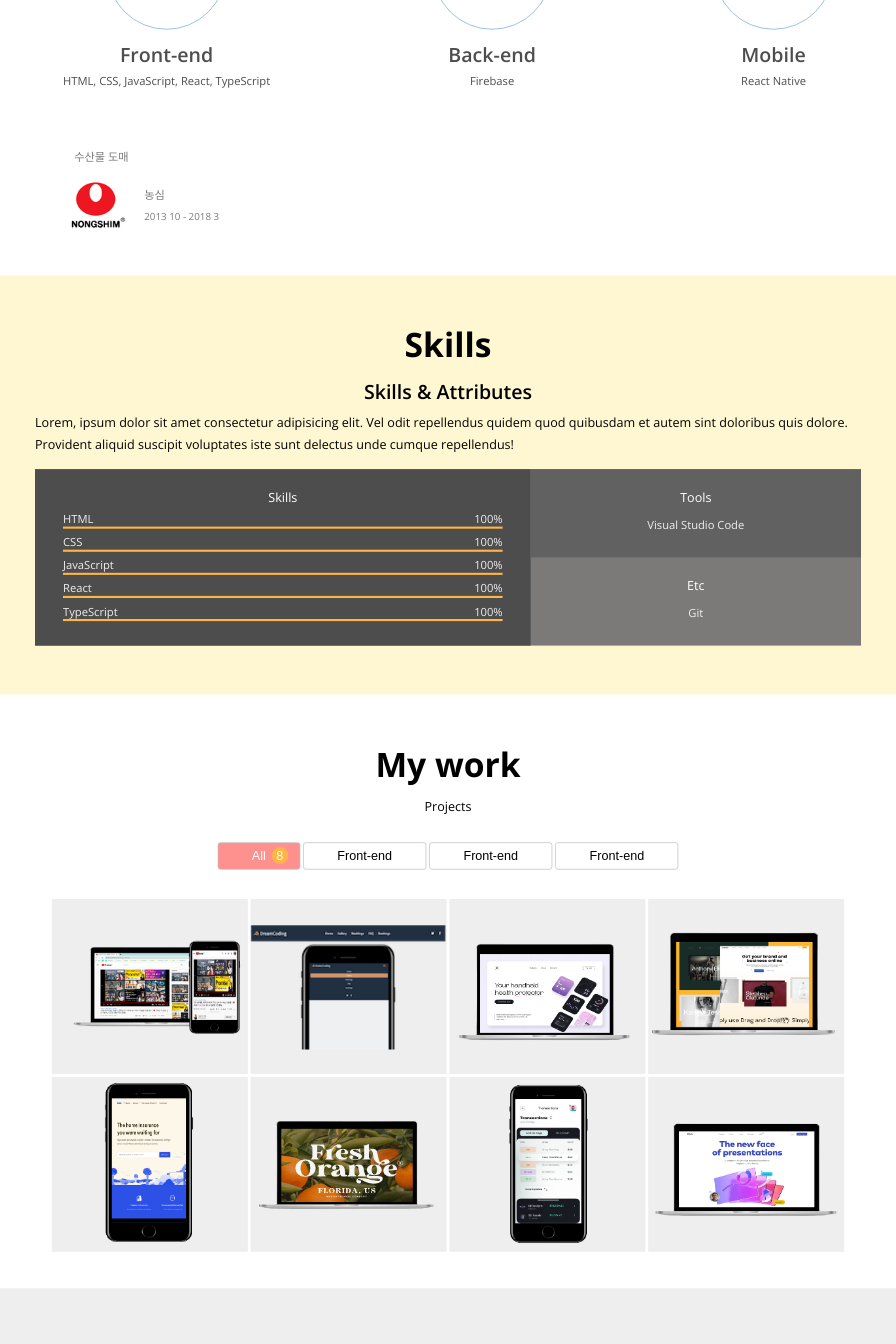
Repository: beomsu9696/Dream_Coding_Academy4
Page: index.html
These files come from the project's save history. The page is drawn as it stood at one moment and after the next save; the edit follows.
The browser window is 1280 px wide. The pictures show the part of the page from y = 1316 to 3236 px (the page is 4263 px tall before and 4292 px after), at 70% of full size.
Some web libraries are served in a nearby version.

Above is the page before, as saved 2021-03-19 19:06:01.

### index.html
<!DOCTYPE html>
<html lang="en">
  <head>
    <meta charset="UTF-8" />
    <meta name="viewport" content="width=device-width, initial-scale=1.0" />
    <title>김범수 포트폴리오</title>
    <meta name="description" content="Portfolio" />
    <meta name="author" content="Beomsu" />
    <link rel="icon" type="image/png" href="images/favicon.png" />
    <script
      src="https://kit.fontawesome.com/c90a48a564.js"
      crossorigin="anonymous"
    ></script>
    <link rel="preconnect" href="https://fonts.gstatic.com" />
    <link
      href="https://fonts.googleapis.com/css2?family=Open+Sans:wght@400;600;700&display=swap"
      rel="stylesheet"
    />
    <link rel="stylesheet" href="style.css" />
    <script src="main.js" defer></script>
  </head>
  <body>
    <!-- Navbar -->
    <nav id="navbar">
      <div class="navbar__logo">
        <i class="fab fa-diaspora"></i>
        <a href="#">김범수 포트폴리오</a>
      </div>
      <ul class="navbar__menu">
        <li class="navbar__menu__item active" data-link="#home">홈</li>
        <li class="navbar__menu__item" data-link="#about">소개</li>
        <li class="navbar__menu__item" data-link="#skills">기술</li>
        <li class="navbar__menu__item" data-link="#work">프로젝트</li>
        <li class="navbar__menu__item" data-link="#testimonials">추천사</li>
        <li class="navbar__menu__item" data-link="#contact">연락처</li>
      </ul>
      <!-- Togglle button -->
      <button class="navbar__toggle-btn">
        <i class="fas fa-bars"></i>
      </button>
    </nav>
    <!-- Home -->
    <section id="home">
      <div class="home__container">
        <img
          src="images/IMG_9769.JPG"
          alt="profile photo"
          class="home__avatar"
        />
        <h1 class="home__title">
          안녕하세요, <br />프론트엔드 개발자 김범수 입니다.
        </h1>
        <h2 class="home__description">구직중 🇰🇷</h2>
        <button class="home__contact">연락처</button>
      </div>
    </section>
    <!-- About -->
    <section id="about" class="section section__container">
      <h1>소개</h1>
      <p>
        안녕하세요. 저는 비전공자 신입 프론트엔드 개발자입니다. 기술과 문제
        해결능력을 키우는데 열정을 가지고 있으며, 신기술 습득에 노력하고
        있습니다. 그리고 시간 관리와 의사소통 능력이 있습니다. 코딩에 매력을
        느껴서 본격적으로 기술 공부를 하며 배운 기술을 활용해 작은 프로젝트들을
        만들어 보며 여러 가지 문제에 부딪혀 문제해결 과정을 겪어보고 있습니다.
        프론트엔드 개발기술로는 JavaScript, React, Typescript, Firebase, HTML,
        CSS, Git 등을 사용하며 초급수준입니다. 드림 코딩 아카데미 및 온라인
        강의를 적극적으로 활용하여 능동적으로 또 체계적으로 공부하며 성장하고
        있습니다. 최근 Reaact Native와 Expo로 간단한 앱 몇 가지를 개발하여 구글
        플레이 스토어에 배포해 보았으며 저에겐 굉장히 즐거운 과정이었습니다.
        계속해서 웹 앱 분야에서 토이 프로젝트들을 만들어보면서 고급개발자가 될
        수 있도록 노력하려 합니다. 앞으로는 현업에서 소통과 협업을 하며 성장해
        보고 싶습니다.
      </p>
      <div class="about__majors">
        <div class="major">
          <div class="major__icon">
            <i class="fab fa-html5"></i>
          </div>
          <h2 class="major__title">Front-end</h2>
          <div class="major__description">
            HTML, CSS, JavaScript, React, TypeScript
          </div>
        </div>
        <div class="major">
          <div class="major__icon">
            <i class="fas fa-server"></i>
          </div>
          <h2 class="major__title">Back-end</h2>
          <div class="major__description">Firebase</div>
        </div>
        <div class="major">
          <div class="major__icon">
            <i class="fas fa-mobile"></i>
          </div>
          <h2 class="major__title">Mobile</h2>
          <div class="major__description">React Native</div>
        </div>
      </div>
      <div class="about__jobs">
        <div class="job">
          <img src="" alt="" class="job__logo" />
          <div class="job__description">
            <p class="job__name">수산물 도매</p>
            <p class="job__period"></p>
          </div>
        </div>
        <div class="job">
          <img
            src="images/jobs/logo-nongshim.png"
            alt="nongshim"
            class="job__logo"
          />
          <div class="job__description">
            <p class="job__name">농심</p>
            <p class="job__period">2013 10 - 2018 3</p>
          </div>
        </div>
      </div>
    </section>
    <!-- Skills -->
    <section id="skills" class="section">
      <div class="section__container">
        <h1>Skills</h1>
        <h2>Skills & Attributes</h2>
        <p>
          Lorem, ipsum dolor sit amet consectetur adipisicing elit. Vel odit
          repellendus quidem quod quibusdam et autem sint doloribus quis dolore.
          Provident aliquid suscipit voluptates iste sunt delectus unde cumque
          repellendus!
        </p>
        <div class="skillset">
          <div class="skillset__left">
            <h3 class="skillset__title">Skills</h3>
            <div class="skill">
              <div class="skill__description">
                <span>HTML</span>
                <span>100%</span>
              </div>
              <!-- <progress value="100" max="100"></progress> -->
              <div class="skill__bar">
                <div class="skill__value" style="width: 100%"></div>
              </div>
            </div>
            <div class="skill">
              <div class="skill__description">
                <span>CSS</span>
                <span>100%</span>
              </div>
              <div class="skill__bar">
                <div class="skill__value"></div>
              </div>
            </div>
            <div class="skill">
              <div class="skill__description">
                <span>JavaScript</span>
                <span>100%</span>
              </div>
              <div class="skill__bar">
                <div class="skill__value"></div>
              </div>
            </div>
            <div class="skill">
              <div class="skill__description">
                <span>React</span>
                <span>100%</span>
              </div>
              <div class="skill__bar">
                <div class="skill__value"></div>
              </div>
            </div>
            <div class="skill">
              <div class="skill__description">
                <span>TypeScript</span>
                <span>100%</span>
              </div>
              <div class="skill__bar">
                <div class="skill__value"></div>
              </div>
            </div>
          </div>
          <div class="skillset__right">
            <div class="tools">
              <h3 class="skillset__title">Tools</h3>
              <ul class="tools__list">
                <li><span>Visual Studio Code</span></li>
              </ul>
            </div>
            <div class="etc">
              <h3 class="skillset__title">Etc</h3>
              <ul class="etc__list">
                <li><span>Git</span></li>
              </ul>
            </div>
          </div>
        </div>
      </div>
    </section>
    <!-- Work -->
    <section id="work" class="section">
      <div class="section__container">
        <h1>My work</h1>
        <h3>Projects</h3>
        <div class="work__categories">
          <button class="category__btn selected" data-filter="*">
            All <span class="category__count">8</span>
          </button>
          <button class="category__btn" data-filter="front-end1">
            Front-end <span class="category__count">1</span>
          </button>
          <button class="category__btn" data-filter="front-end2">
            Front-end <span class="category__count">1</span>
          </button>
          <button class="category__btn" data-filter="front-end3">
            Front-end <span class="category__count">1</span>
          </button>
        </div>
        <div class="work__projects">
          <a href="#" class="project" target="_blank" data-type="front-end1">
            <img
              class="project__img"
              src="images/projects/project1.png"
              alt="Project1"
            />
            <div class="project__description">
              <h3>Project</h3>
              <span>Clone coding with HTML and CSS</span>
            </div>
          </a>
          <a href="#" class="project" target="_blank" data-type="front-end2">
            <img
              class="project__img"
              src="images/projects/project2.png"
              alt="Project2"
            />
            <div class="project__description">
              <h3>Project</h3>
              <span>Clone coding with HTML and CSS</span>
            </div>
          </a>
          <a href="#" class="project" target="_blank" data-type="front-end3">
            <img
              class="project__img"
              src="images/projects/project3.png"
              alt="Project3"
            />
            <div class="project__description">
              <h3>Project</h3>
              <span>Clone coding with HTML and CSS</span>
            </div>
          </a>
          <a href="#" class="project" target="_blank">
            <img
              class="project__img"
              src="images/projects/project4.png"
              alt="Project4"
            />
            <div class="project__description">
              <h3>Project</h3>
              <span>Clone coding with HTML and CSS</span>
            </div>
          </a>
          <a href="#" class="project" target="_blank">
            <img
              class="project__img"
              src="images/projects/project5.png"
              alt="Project5"
            />
            <div class="project__description">
              <h3>Project</h3>
              <span>Clone coding with HTML and CSS</span>
            </div>
          </a>
          <a href="#" class="project" target="_blank">
            <img
              class="project__img"
              src="images/projects/project6.png"
              alt="Project6"
            />
            <div class="project__description">
              <h3>Project</h3>
              <span>Clone coding with HTML and CSS</span>
            </div>
          </a>
          <a href="#" class="project" target="_blank">
            <img
              class="project__img"
              src="images/projects/project7.png"
              alt="Project7"
            />
            <div class="project__description">
              <h3>Project</h3>
              <span>Clone coding with HTML and CSS</span>
            </div>
          </a>
          <a href="#" class="project" target="_blank">
            <img
              class="project__img"
              src="images/projects/project8.png"
              alt="Project8"
            />
            <div class="project__description">
              <h3>Project</h3>
              <span>Clone coding with HTML and CSS</span>
            </div>
          </a>
        </div>
      </div>
    </section>
    <!-- Testimonials -->
    <section id="testimonials" class="section">
      <div class="section__container">
        <h1>Testimonials</h1>
        <h3>See what they say about me</h3>
        <div class="testimonials">
          <div class="testimonial">
            <img
              src="images/pig.jpg"
              alt="People"
              class="testimonial__avatar"
            />
            <div class="testimonial__speech-bubble">
              <p>
                Lorem ipsum dolor sit amet consectetur adipisicing elit.
                Corporis sequi mollitia odit commodi, neque illo. Voluptatum
                possimus illum qui dolores optio porro ipsa doloribus atque
                tenetur voluptas, distinctio nulla sit?
              </p>
              <p class="name"><a href="#">Man</a>Google</p>
            </div>
          </div>
          <div class="testimonial">
            <div class="testimonial__speech-bubble">
              <p>
                Lorem ipsum dolor sit amet consectetur adipisicing elit.
                Corporis sequi mollitia odit commodi, neque illo. Voluptatum
                possimus illum qui dolores optio porro ipsa doloribus atque
                tenetur voluptas, distinctio nulla sit?
              </p>
              <p class="name"><a href="#">Man</a>Google</p>
            </div>
            <img
              src="images/pig.jpg"
              alt="People"
              class="testimonial__avatar"
            />
          </div>
        </div>
      </div>
    </section>
    <!-- Contact -->
    <section id="contact" class="section">
      <h1 class="contact__title">Let's talk</h1>
      <h2 class="contact__email">복덩이@gmail.com</h2>
      <div class="contact__links">
        <a href="#" target="_blank">
          <i class="fab fa-github"></i>
        </a>
        <a href="#" target="_blank">
          <i class="fab fa-linkedin"></i>
        </a>
      </div>
      <p class="contact__rights">
        2021 Dream Coding Ellie - All rights reserved
      </p>
    </section>
    <!-- Arrow up -->
    <button class="arrow-up">
      <i class="fa fa-arrow-up"></i>
    </button>
  </body>
</html>

### style.css
/* Universal tags */
* {
  box-sizing: border-box;
}

body {
  margin: 0;
  font-family: "Open Sans", sans-serif;
  cursor: default;
}

a {
  text-decoration: none;
  color: var(--color-white);
}

ul {
  list-style: none;
  padding-left: 0;
}

button {
  outline: none;
  background-color: transparent;
  cursor: pointer;
  border: none;
  padding: 0;
}

p {
  line-height: 1.8;
  text-align: left;
}

/* Global */
:root {
  /* Color */
  --color-white: #ffffff;
  --color-light-white: #eeeeee;
  --color-dark-white: #bdbdbd;
  --color-pink: #fe918d;
  --color-dark-pink: #ff6863;
  --color-dark-grey: #4d4d4d;
  --color-grey: #616161;
  --color-light-grey: #7c7979;
  --color-blue: #73aace;
  --color-yellow: #fff7d1;
  --color-orange: #feb546;
  --color-black: #000000;

  /* Font size */
  --font-large: 48px;
  --font-medium: 28px;
  --font-regular: 18px;
  --font-small: 16px;
  --font-micro: 14px;

  /* Font weight */
  --weight-bold: 700;
  --weight-semi-bold: 600;
  --weight-regular: 400;

  /* Size */
  --size-border-radius: 4px;

  /* Animation */
  --animation-duration: 300ms;
}

/* Typography */

h1 {
  font-size: var(--font-large);
  font-weight: var(--weight-bold);
  color: var(--color-black);
  margin: 16px 0px;
}

h2 {
  font-size: var(--font-medium);
  font-weight: var(--weight-semi-bold);
  color: var(--color-black);
  margin: 8px 0;
}

h3 {
  font-size: var(--font-regular);
  font-weight: var(--weight-regular);
  color: var(--color-black);
  margin: 8px 0;
}

p {
  font-size: var(--font-regular);
  font-weight: var(--weight-regular);
  color: var(--color-black);
  margin: 4px 0;
}

/* Navbar */
#navbar {
  position: fixed;
  width: 100%;
  display: flex;
  justify-content: space-between;
  align-items: center;
  color: var(--color-white);
  padding: 16px;
  background-color: transparent;
  transition: all var(--animation-duration) ease-in-out;
  z-index: 1;
}

#navbar.navbar--dark {
  background-color: var(--color-pink);
  padding: 8px;
}

.navbar__menu {
  display: flex;
}

.navbar__logo {
  font-size: var(--font-medium);
  font-weight: var(--weight-semi-bold);
}

.navbar__menu__item {
  padding: 8px 12px;
  margin: 0 4px;
  cursor: pointer;
  border-radius: var(--size-border-radius);
  border: 1px solid transparent;
}

.navbar__menu__item.active {
  border: 1px solid var(--color-white);
}

.navbar__menu__item:hover {
  border: 1px solid var(--color-white);
  background-color: var(--color-dark-pink);
}

.navbar__toggle-btn {
  position: absolute;
  top: 24px;
  right: 32px;
  font-size: 24px;
  color: var(--color-white);
  display: none;
}

/* Home */
#home {
  background: center/cover no-repeat url(images/homebackground.png);
  padding: 40px;
  padding-top: 120px;
  text-align: center;
}

.home__avatar {
  width: 250px;
  height: 250px;
  border-radius: 50%;
  border: 2px solid var(--color-light-white);
  object-fit: cover;
}

.home__title,
.home__description {
  color: var(--color-white);
}

.home__contact {
  color: var(--color-white);
  font-size: var(--font-regular);
  font-weight: var(--weight-bold);
  margin: 24px;
  padding: 8px 12px;
  border: 2px solid var(--color-white);
  border-radius: var(--size-border-radius);
}

.home__contact:hover {
  background-color: var(--color-orange);
}

/* Section common */
.section {
  text-align: center;
  padding: 50px;
  margin: auto;
}

.section__container {
  max-width: 1200px;
  margin: auto;
}
/* About */
.about__majors {
  display: flex;
  justify-content: space-between;
  margin: 80px 0;
}

.major__icon {
  width: 170px;
  height: 170px;
  line-height: 170px;
  font-size: 70px;
  margin: auto;
  color: var(--color-blue);
  border: 1px solid var(--color-blue);
  border-radius: 50%;
  margin-bottom: 16px;
}

.major__icon i {
  transition: all var(--animation-duration) ease;
}

.major__icon:hover i {
  color: var(--color-pink);
  transform: rotate(-30deg) scale(1.1);
}

.major__title,
.major__description {
  color: var(--color-dark-grey);
}

.major__description {
  font-size: var(--font-small);
}

.job {
  display: flex;
  align-items: center;
}

.job__description {
  margin: 0 16px;
  text-align: left;
}

.job__name,
.job__period {
  color: var(--color-light-grey);
}

.job__name {
  font-size: var(--font-small);
}

.job__period {
  font-size: var(--font-micro);
}

/* Skill */
#skills {
  background-color: var(--color-yellow);
}

.skillset {
  display: flex;
  background-color: var(--color-light-grey);
  color: var(--color-light-white);
  margin: 20px 0;
}

.skillset__title {
  color: var(--color-white);
}

.skillset__left {
  flex-basis: 60%;
  background-color: var(--color-dark-grey);
  padding: 20px 40px;
}

.skill {
  margin-bottom: 8px;
}

.skill__description {
  display: flex;
  justify-content: space-between;
}

.skill__bar {
  width: 100%;
  height: 3px;
  background-color: var(--color-grey);
}

.skill__value {
  width: 100%;
  height: 3px;
  background-color: var(--color-orange);
}

.skillset__right {
  flex-basis: 40%;
}

.tools {
  background-color: var(--color-grey);
}

.tools,
.etc {
  padding: 20px;
}

/* Work */
.work__categories {
  margin: 40px;
}

.category__btn {
  border: 1px solid var(--color-dark-white);
  border-radius: var(--size-border-radius);
  font-size: var(--font-regular);
  padding: 8px 48px;
  position: relative;
}

.category__btn.selected,
.category__btn:hover {
  background-color: var(--color-pink);
  color: var(--color-white);
}

.category__btn.selected .category__count,
.category__btn:hover .category__count {
  opacity: 1;
  top: 6px;
}

.category__count {
  background-color: var(--color-orange);
  border-radius: 50%;
  color: var(--color-white);
  width: 24px;
  height: 24px;
  line-height: 24px;
  display: inline-block;
  position: absolute;
  top: -20px;
  right: 16px;
  opacity: 0;
  transition: all var(--animation-duration) ease-in;
}

.work__projects {
  display: flex;
  flex-wrap: wrap;
  justify-content: center;
  opacity: 1;
  transition: all var(--animation-duration) ease-out;
}

.work__projects.anim-out {
  opacity: 0.6;
  transform: scale(0.96) translateY(40px);
}

.project {
  position: relative;
  display: flex;
  justify-content: center;
  align-items: center;
  width: 280px;
  height: 250px;
  margin: 2px;
  background-color: var(--color-light-white);
}

.project.invisible {
  display: none;
}

.project__img {
  max-width: 100%;
  max-height: 100%;
}

.project__description {
  position: absolute;
  background-color: black;
  display: flex;
  flex-direction: column;
  justify-content: center;
  width: 100%;
  height: 100%;
  top: 0;
  left: 0;
  opacity: 0;
  transform: translateY(10px);
  transition: all var(--animation-duration) ease-in;
}

.project:hover .project__description {
  transform: translateY(0px);
  opacity: 0.8;
}

.project__description h3 {
  color: var(--color-orange);
}

.project__description h3:after {
  content: "";
  display: block;
  position: relative;
  left: 50%;
  width: 50px;
  height: 2px;
  transform: translateX(-50%);
  margin-top: 8px;
  background-color: var(--color-dark-white);
}

/* Testimonial */
#testimonials {
  background-color: var(--color-light-white);
}

.testimonials {
  margin: 40px;
}

.testimonial {
  display: flex;
  margin: 32px 0;
}

.testimonial__avatar {
  width: 150px;
  height: 150px;
  border-radius: 50%;
}

.testimonial__avatar:nth-child(odd) {
  margin-right: 40px;
}
.testimonial__avatar:nth-child(even) {
  margin-left: 40px;
}

.testimonial__speech-bubble {
  padding: 18px;
  background-color: var(--color-white);
  border-radius: var(--size-border-radius);
}

.testimonial__speech-bubble p {
  color: var(--color-light-grey);
}

.testimonial__speech-bubble a {
  color: var(--color-pink);
}

/* Contact */
#contact {
  background-color: var(--color-pink);
}

.contact__title,
.contact__email,
.contact__rights {
  color: var(--color-white);
}

.contact__title {
  margin: 32px 0;
}

.contact__links {
  font-size: var(--font-large);
  margin: 24px 0;
}

.contact__links i {
  transition: all var(--animation-duration) ease-in;
}

.contact__links i:hover {
  transform: scale(1.1);
  color: var(--color-yellow);
}

/* Scroll */
.arrow-up {
  position: fixed;
  bottom: 50px;
  right: 50px;
  font-size: 50px;
  width: 70px;
  height: 70px;
  background-color: var(--color-pink);
  color: var(--color-white);
  border-radius: 50%;
  opacity: 0;
  transition: all 300ms ease-in;
  pointer-events: none;
}

.arrow-up.visible {
  opacity: 1;
  pointer-events: auto;
}

/* For below 768px screen width */
@media screen and (max-width: 768px) {
  :root {
    /* Font size */
    --font-large: 30px;
    --font-medium: 18px;
    --font-regular: 16px;
    --font-small: 14px;
    --font-micro: 12px;
  }

  .navbar__toggle-btn {
    display: block;
    top: 16px;
    right: 16px;
    font-size: var(--font-medium);
  }

  #navbar {
    flex-direction: column;
    align-items: flex-start;
    background-color: var(--color-pink);
  }
  #navbar.navbar--dark {
    padding: 16px;
  }
  .navbar__menu {
    flex-direction: column;
    text-align: center;
    width: 100%;
    display: none;
  }

  .navbar__menu.open {
    display: block;
  }

  .section {
    padding: 16px;
    padding-top: 40px;
  }

  .about__majors {
    flex-direction: column;
    margin-top: 30px;
    margin-bottom: 0px;
  }

  .major {
    margin-bottom: 30px;
  }

  .skillset {
    flex-direction: column;
  }

  .category__btn {
    padding: 8px;
  }

  .project {
    flex-grow: 1;
  }

  .testimonial {
    flex-direction: column;
    align-items: center;
  }

  .testmonial__avatar {
    width: 120px;
    height: 120px;
  }

  .testimonial__avatar:nth-child(even),
  .testimonial__avatar:nth-child(odd) {
    margin: 0;
    margin-bottom: 8px;
  }

  .testimonial__speech-bubble {
    order: 1;
  }

  .arrow-up {
    width: 50px;
    height: 50px;
    font-size: 30px;
    line-height: 50px;
    right: 16px;
    bottom: 16px;
  }
}
/* For below 970px screen width */
@media screen and (max-width: 970px) {
  .work__categories {
    display: flex;
    flex-direction: column;
  }

  .category__btn:nth-child(even),
  .category__btn:nth-child(3) {
    margin-top: 4px;
  }
}

Loaded but not shown: main.js (155 lines, source omitted)

After the next save:
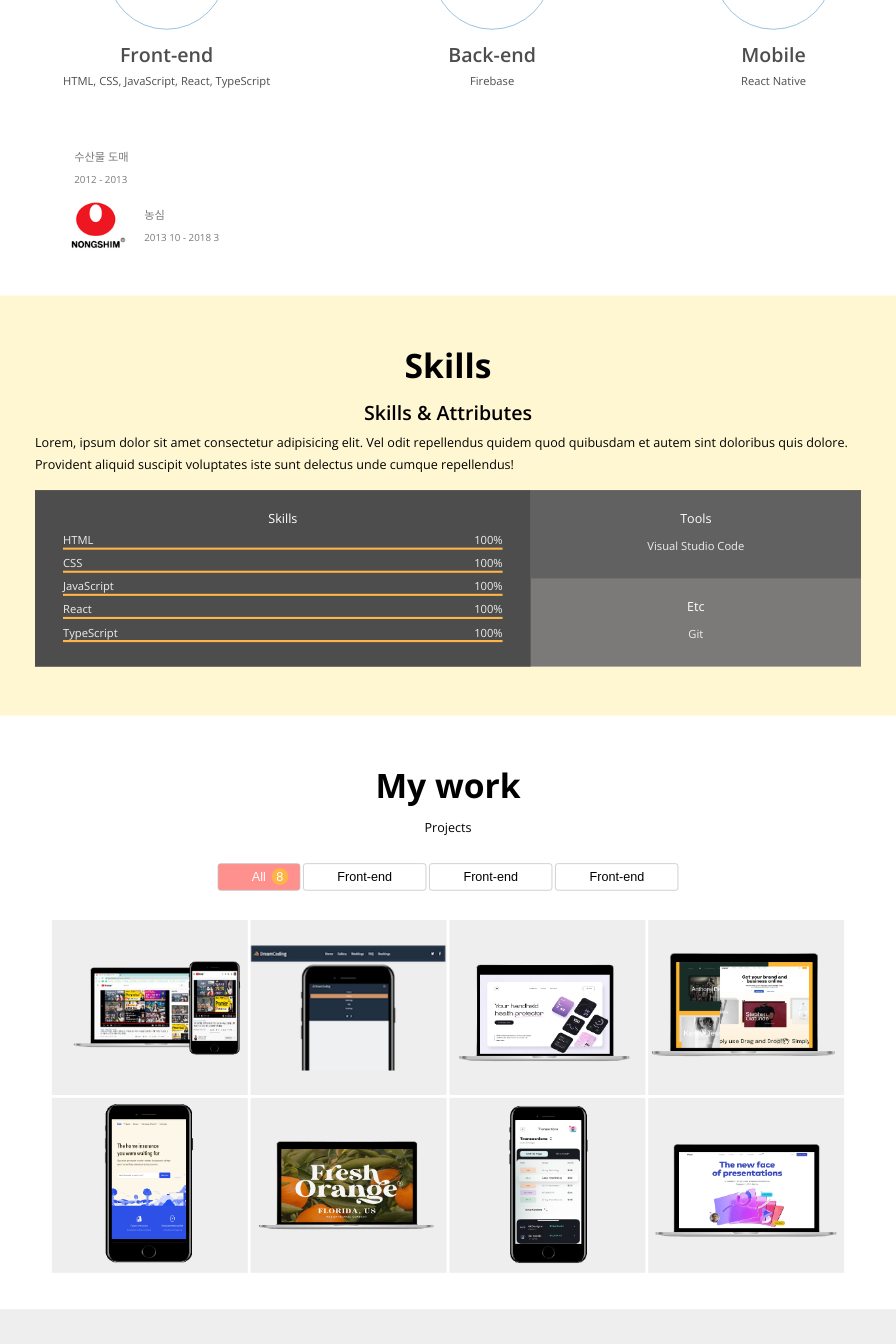
Saved 25 s later.
--- a/index.html
+++ b/index.html
@@ -102,7 +102,7 @@
           <img src="" alt="" class="job__logo" />
           <div class="job__description">
             <p class="job__name">수산물 도매</p>
-            <p class="job__period"></p>
+            <p class="job__period">2012 - 2013</p>
           </div>
         </div>
         <div class="job">
